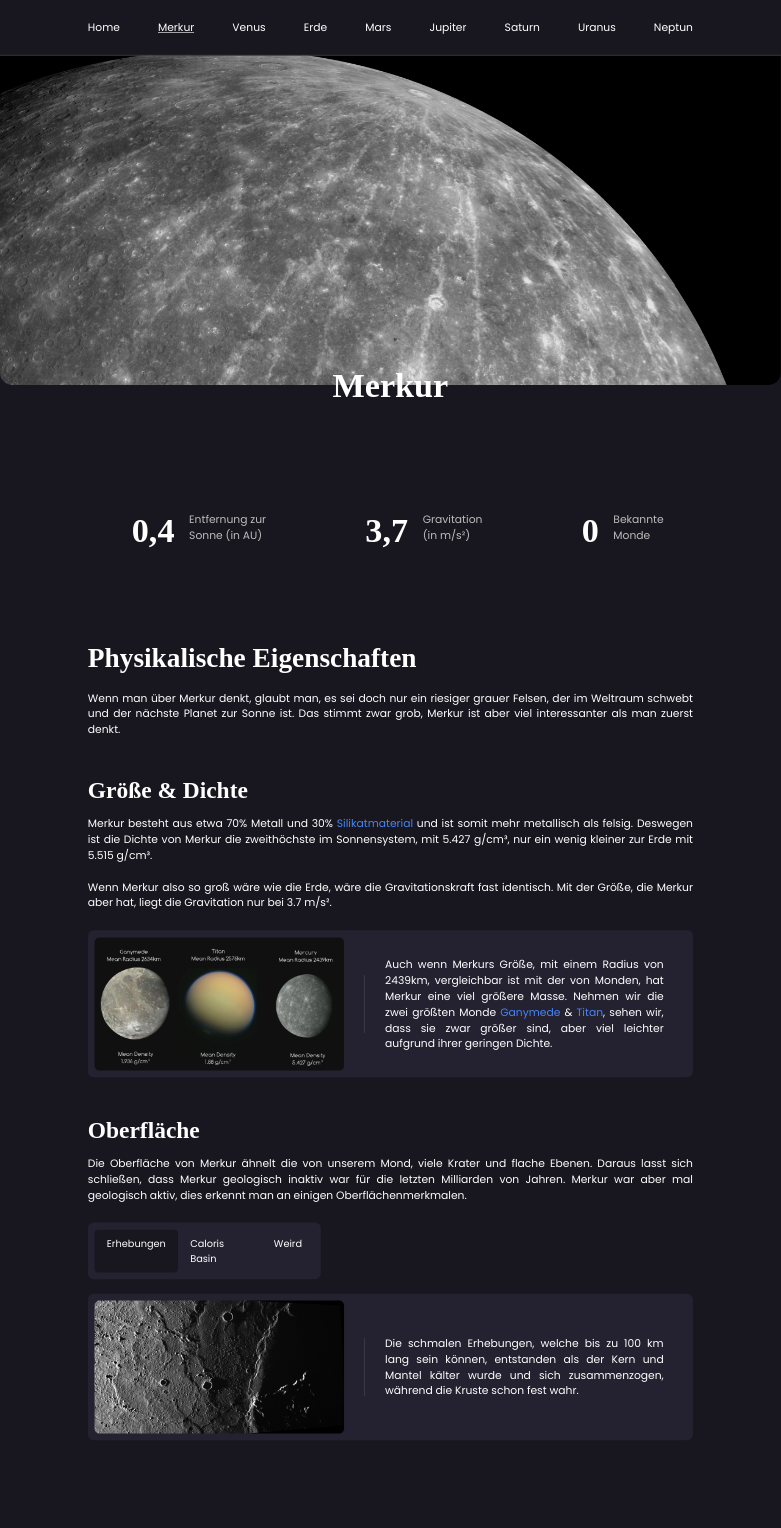
Repository: moreno-livak/solar
Page: dist/html/merkur.html
An editor plug-in stored every save of this project. The page is shown before and after the next save, followed by the edit.
The browser window is 1280 px wide. The pictures show the whole page, at 61% of full size.
The style sheet was rebuilt from its Sass, Less or Tailwind sources for each picture, by a compiler version that may differ from the author's.

Above is the page before, as saved 2022-05-07 13:27:34.

After the next save:
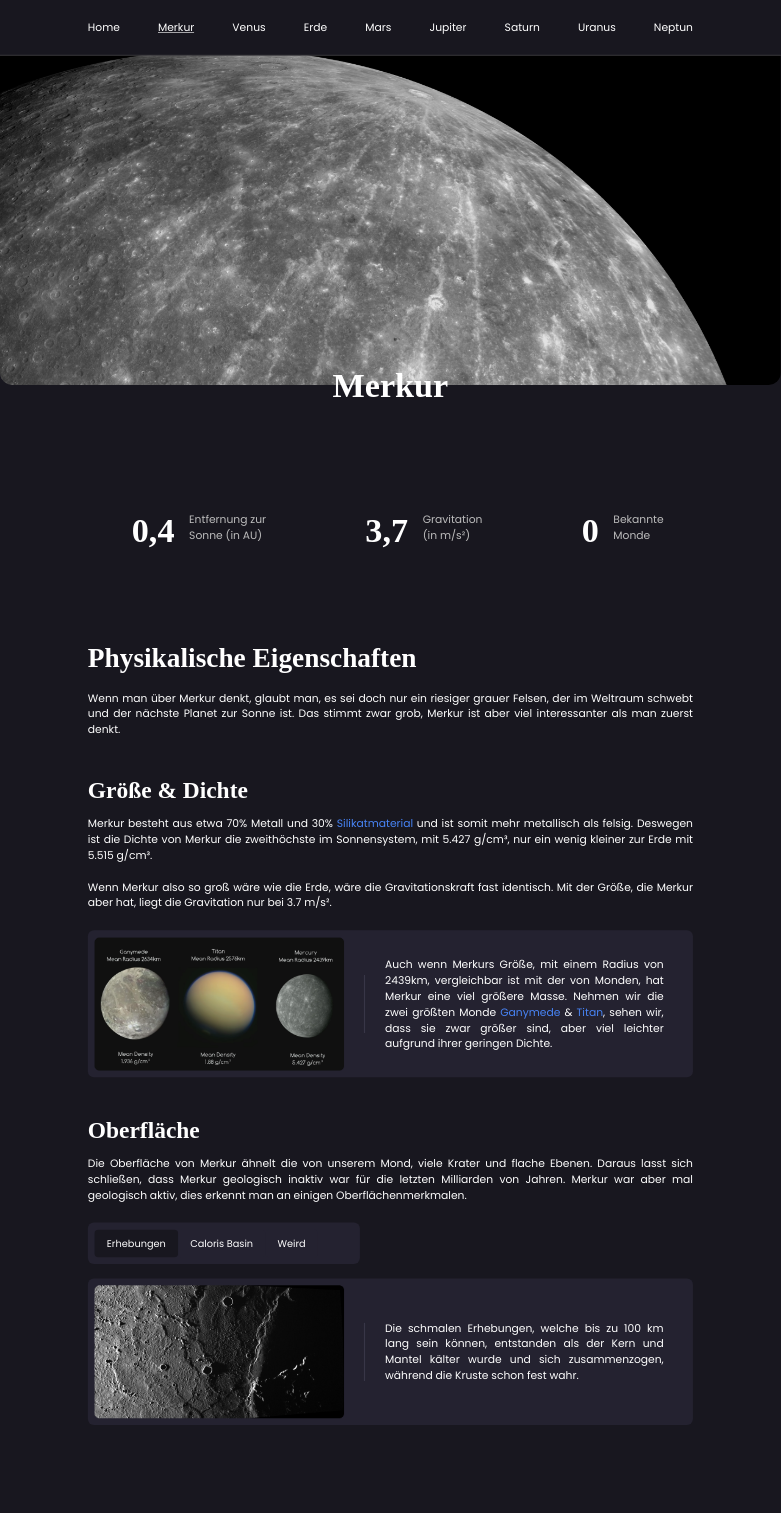
Saved 19 s later.
--- a/src/scss/home.scss
+++ b/src/scss/home.scss
@@ -306,6 +306,16 @@ section.orbit{
             padding: 0.7rem;
         }
     }
+    .struggle.merkur{
+        margin-top: 2rem;
+        background: #242230;
+        width: 27.9rem;
+        border-radius: 10px;
+        ul{
+            display: flex;
+            padding: 0.7rem;
+        }
+    }
     .tabs .trigger{
         list-style-type: none;
         padding: 10px;
